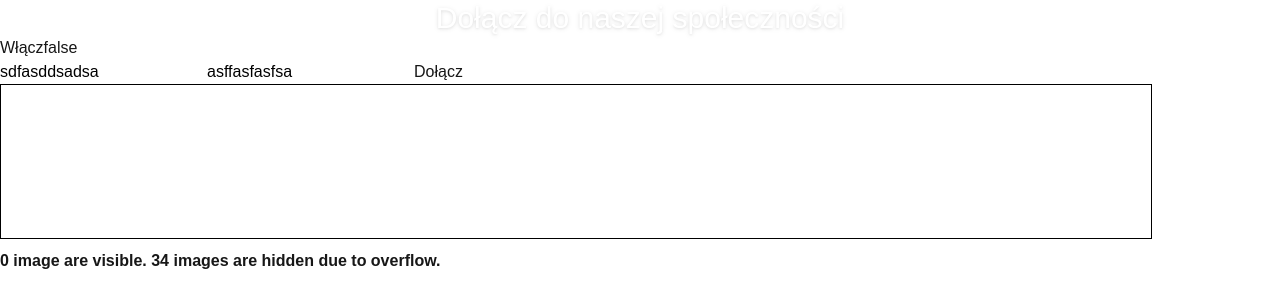
Repository: wesiudev/form-next-example
Page: /overflow-example
These files come from the project's save history. The page is drawn as it stood at one moment and after the next save; the edit follows.
The browser window is 1280 px wide. The pictures show the whole page.
The project was rebuilt for these pictures with package versions that can differ from the ones it lists, and the page was loaded fresh each time. The framework's server and built-in components were replaced by stand-ins that run in the browser. Also part of the build but not shown: next.config.mjs.

Above is the page before, as saved 2024-09-11 01:26:00.

### app/overflow-example/page.tsx
"use client";
import React, { useRef, useState, useEffect } from "react";

const OverflowingCats = () => {
  // Create a reference to the parent div
  const parentRef = useRef(null);

  // State to track how many images are hidden
  const [hiddenImages, setHiddenImages] = useState(0);
  const [visibleImages, setVisibleImages] = useState(0);

  // Array of random cat image URLs
  const catImages = [
    "https://cataas.com/cat",
    "https://cataas.com/cat",
    "https://cataas.com/cat",
    "https://cataas.com/cat",
    "https://cataas.com/cat",
    "https://cataas.com/cat",
    "https://cataas.com/cat",
    "https://cataas.com/cat",
    "https://cataas.com/cat",
    "https://cataas.com/cat",
    "https://cataas.com/cat",
    "https://cataas.com/cat",
    "https://cataas.com/cat",
    "https://cataas.com/cat",
    "https://cataas.com/cat",
    "https://cataas.com/cat",
    "https://cataas.com/cat",
    "https://cataas.com/cat",
    "https://cataas.com/cat",
    "https://cataas.com/cat",
    "https://cataas.com/cat",
    "https://cataas.com/cat",
    "https://cataas.com/cat",
    "https://cataas.com/cat",
    "https://cataas.com/cat",
    "https://cataas.com/cat",
    "https://cataas.com/cat",
    "https://cataas.com/cat",
    "https://cataas.com/cat",
    "https://cataas.com/cat",
    "https://cataas.com/cat",
    "https://cataas.com/cat",
    "https://cataas.com/cat",
    "https://cataas.com/cat",

    // Add more URLs as needed
  ];

  // Function to detect which images cause overflow
  const detectOverflow = () => {
    const parentElement: any = parentRef.current;
    if (parentElement) {
      const children: any = Array.from(parentElement.children);
      let hiddenCount = 0;
      let visibleCount = 0;

      // Loop through each image and detect if it's overflowing
      for (let i = 0; i < children.length; i++) {
        const img = children[i];

        // Check if the image's bottom or right edge is outside the parent
        if (
          img.offsetTop + img.offsetHeight > parentElement.clientHeight ||
          img.offsetLeft + img.offsetWidth > parentElement.clientWidth
        ) {
          hiddenCount = catImages.length - i;
          visibleCount = i;
          break;
        }
      }

      // If no overflow, all images are visible
      if (hiddenCount === 0) {
        visibleCount = catImages.length;
      }

      setHiddenImages(hiddenCount);
      setVisibleImages(visibleCount);
    }
  };

  // useEffect to detect overflow after rendering and when resizing
  useEffect(() => {
    detectOverflow(); // Run on mount

    // Handle window resize to recalculate
    const handleResize = () => {
      detectOverflow();
    };

    window.addEventListener("resize", handleResize);

    // Cleanup event listener on unmount
    return () => {
      window.removeEventListener("resize", handleResize);
    };
  }, []);

  return (
    <div>
      <div
        ref={parentRef}
        style={{
          width: "90%",
          height: "155px",
          overflow: "hidden",
          border: "1px solid black",
          display: "flex",
          flexWrap: "wrap",
        }}
      >
        {/* Render cat images */}
        {catImages.map((imgSrc, index) => (
          <>
            {index >= catImages.length - hiddenImages ? null : (
              <img
                key={index}
                src={imgSrc}
                alt={`Cat ${index}`}
                style={{
                  width: "150px",
                  height: "150px",
                  margin: "5px",
                }}
              />
            )}
          </>
        ))}
      </div>

      {/* Display number of visible and hidden images */}
      <div style={{ marginTop: "10px", fontWeight: "bold" }}>
        {visibleImages} image{visibleImages > 1 ? "s" : ""} are visible.{" "}
        {hiddenImages > 0 && (
          <>
            {hiddenImages} image{hiddenImages > 1 ? "s" : ""} are hidden due to
            overflow.
          </>
        )}
      </div>
    </div>
  );
};

export default OverflowingCats;

### components/Form.tsx
"use client";
import { useState } from "react";
type UserData = {
  fName: string;
  sName: string;
};
export default function Form() {
  const [userData, setUserData] = useState<UserData>({
    fName: "sdfasddsadsa",
    sName: "asffasfasfsa",
  });
  const [isOpen, setOpen] = useState<boolean>(false);
  function sendForm({ fName, sName }: UserData) {
    console.log(`imię: ${fName} nazwisko: ${sName}`);
  }
  return (
    <div>
      <h1 className="text-3xl w-max mx-auto text-white drop-shadow shadow-black">
        Dołącz do naszej społeczności
      </h1>
      <button onClick={() => setOpen(!isOpen)}>Włącz</button>
      {isOpen.toString()}
      <form
        onSubmit={(e: React.FormEvent<HTMLFormElement>) => {
          e.preventDefault();
          sendForm(userData);
        }}
      >
        <input
          className="text-black"
          type="text"
          value={userData.fName}
          onChange={(e: React.ChangeEvent<HTMLInputElement>) =>
            setUserData({ ...userData, fName: e.target.value })
          }
        />
        <input
          className="text-black"
          type="text"
          value={userData.sName}
          onChange={(e: React.ChangeEvent<HTMLInputElement>) =>
            setUserData({ ...userData, sName: e.target.value })
          }
        />
        <button type="submit">Dołącz</button>
      </form>
    </div>
  );
}

Loaded but not shown: app/layout.tsx (common file); app/globals.css (common file); tailwind.config.ts (common file)

After the next save:
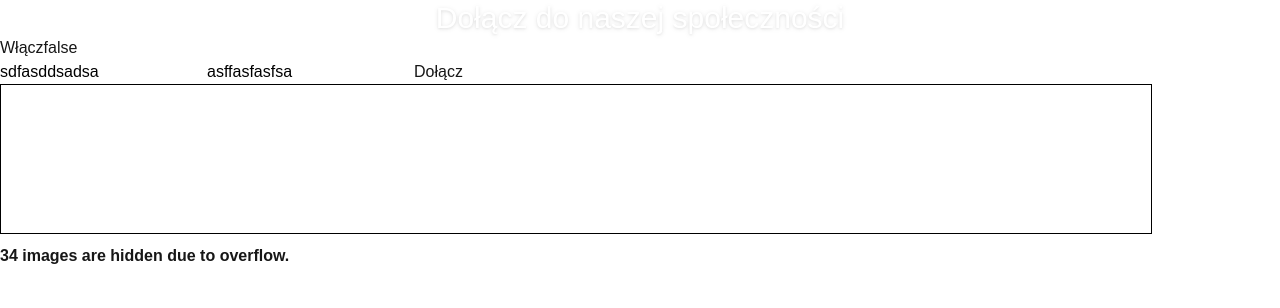
Saved 12 s later.
--- a/app/overflow-example/page.tsx
+++ b/app/overflow-example/page.tsx
@@ -7,7 +7,6 @@ const OverflowingCats = () => {
 
   // State to track how many images are hidden
   const [hiddenImages, setHiddenImages] = useState(0);
-  const [visibleImages, setVisibleImages] = useState(0);
 
   // Array of random cat image URLs
   const catImages = [
@@ -55,7 +54,6 @@ const OverflowingCats = () => {
     if (parentElement) {
       const children: any = Array.from(parentElement.children);
       let hiddenCount = 0;
-      let visibleCount = 0;
 
       // Loop through each image and detect if it's overflowing
       for (let i = 0; i < children.length; i++) {
@@ -67,18 +65,11 @@ const OverflowingCats = () => {
           img.offsetLeft + img.offsetWidth > parentElement.clientWidth
         ) {
           hiddenCount = catImages.length - i;
-          visibleCount = i;
           break;
         }
       }
 
-      // If no overflow, all images are visible
-      if (hiddenCount === 0) {
-        visibleCount = catImages.length;
-      }
-
       setHiddenImages(hiddenCount);
-      setVisibleImages(visibleCount);
     }
   };
 
@@ -105,7 +96,7 @@ const OverflowingCats = () => {
         ref={parentRef}
         style={{
           width: "90%",
-          height: "155px",
+          height: "150px",
           overflow: "hidden",
           border: "1px solid black",
           display: "flex",
@@ -131,16 +122,13 @@ const OverflowingCats = () => {
         ))}
       </div>
 
-      {/* Display number of visible and hidden images */}
-      <div style={{ marginTop: "10px", fontWeight: "bold" }}>
-        {visibleImages} image{visibleImages > 1 ? "s" : ""} are visible.{" "}
-        {hiddenImages > 0 && (
-          <>
-            {hiddenImages} image{hiddenImages > 1 ? "s" : ""} are hidden due to
-            overflow.
-          </>
-        )}
-      </div>
+      {/* Display number of hidden images if there are any */}
+      {hiddenImages > 0 && (
+        <div style={{ marginTop: "10px", fontWeight: "bold" }}>
+          {hiddenImages} image{hiddenImages > 1 ? "s" : ""} are hidden due to
+          overflow.
+        </div>
+      )}
     </div>
   );
 };
